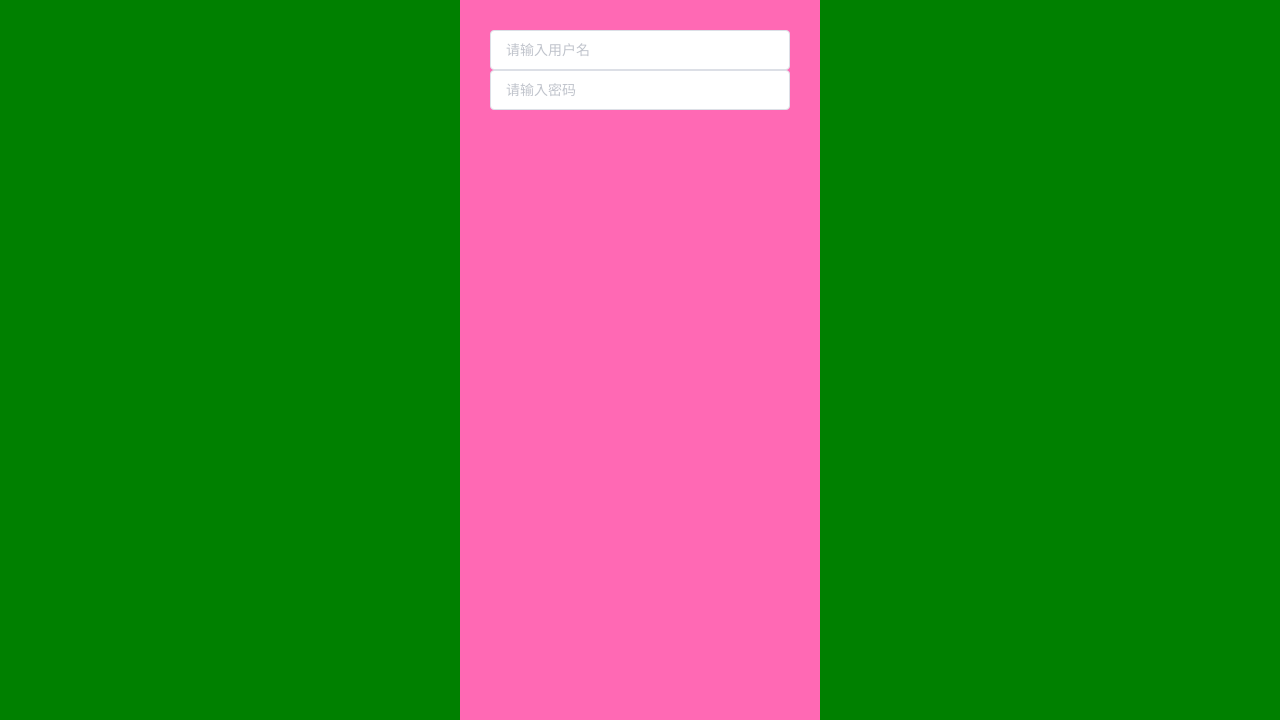
Repository: 385841539/VueStudy
Page: / (app in vue_cli/)
The author's editor kept a copy of each file at every save. The page is drawn from the files as they stood at one save, then again after the next save.
The browser window is 1280 px wide. The pictures show the whole page.
The project was rebuilt for these pictures with package versions that can differ from the ones it lists, and the page was loaded fresh each time. Also part of the build but not shown: vue_cli/vue.config.js.

Above is the page before, as saved 2022-01-17 14:57:00.
Console error (its wording comes from the project's code and is left out).

### vue_cli/public/index.html
<!DOCTYPE html>
<html lang="">

<head>
  <meta charset="utf-8">
  <meta http-equiv="X-UA-Compatible" content="IE=edge">
  <meta name="viewport" content="width=device-width,initial-scale=1.0">
  <link rel="icon" href="<%= BASE_URL %>favicon.ico">
  <title>
    <%= htmlWebpackPlugin.options.title %>
  </title>
  <style>
    body {

      padding: 0px;
      margin: 0px;
      width: 100%;
      height: 100%;

    }
  </style>
</head>

<body>
  <noscript>
    <strong>We're sorry but <%= htmlWebpackPlugin.options.title %> doesn't work properly without JavaScript enabled.
        Please enable it to continue.</strong>
  </noscript>
  <div id="app"></div>
  <!-- built files will be auto injected -->
</body>

</html>

### vue_cli/src/main.js
import Vue from 'vue'
import App from './App.vue'
import './registerServiceWorker'
import router from './router'
import store from './store'

import ElementUI from 'element-ui';
import 'element-ui/lib/theme-chalk/index.css';
import http from 'axios'

Vue.use(ElementUI);
Vue.prototype.$http = http


Vue.config.productionTip = false

if (process.env.NODE_ENV == 'development') {

  require('@/api/mock')

}

new Vue({
  router,
  store,
  render: h => h(App)
}).$mount('#app')

### vue_cli/src/App.vue
<template>
  <div id="app">
    <!-- <p>这是一个P段落</p>
    <el-button>按钮</el-button>
    <el-button type="info">信息</el-button>
    <el-radio v-model="radio" label="1">备选项1</el-radio>
    <el-radio v-model="radio" label="2">备选项1</el-radio>

    <div>
      <router-link to="/">去home组件</router-link>
      <router-link to="/about">去about组件</router-link>
    </div> -->

    <router-view></router-view>
  </div>
</template>
<script>


export default {
  data() {
    return {
      radio: "1",
    };
  },
};
</script>


<style lang="scss">
#app {
  font-family: Avenir, Helvetica, Arial, sans-serif;
  -webkit-font-smoothing: antialiased;
  -moz-osx-font-smoothing: grayscale;
  text-align: center;
  color: #2c3e50;
}

#nav {
  padding: 30px;

  a {
    font-weight: bold;
    color: #2c3e50;

    &.router-link-exact-active {
      color: #42b983;
    }
  }
}
</style>

### vue_cli/src/router/index.js
import Vue from 'vue'
import VueRouter from 'vue-router'
import Main from '../views/Main.vue'

const originPush = VueRouter.prototype.push

VueRouter.prototype.push = function (location) {

  return originPush.call(this, location).catch(err => err)

}

Vue.use(VueRouter)

const routes = [
  {
    path: '/',
    name: 'main',
    component: Main,
    children: [

      {
        path: "/",
        name: "home",
        component: () => import('@/views/Home/Home')

      },
      {
        path: "/mall",
        name: "mall",
        component: () => import('@/views/Mall/Mall')

      },
      {
        path: "/user",
        name: "user",
        component: () => import('@/views/User/User')

      },
      {
        path: "/other",
        name: "other",
        component: () => import('@/views/Mall/Mall')

      },

    ]
  },
  {
    path: "/login",
    name: "login",
    component: () => import('@/views/Login/Login')

  }
]

const router = new VueRouter({
  mode: 'history',
  base: process.env.BASE_URL,
  routes
})

export default router

### vue_cli/src/store/index.js
import Vue from 'vue'
import Vuex from 'vuex'
import tab from "./tab"

Vue.use(Vuex)

export default new Vuex.Store({
  state: {
  },
  mutations: {
  },
  actions: {
  },
  modules: {
    tab
  }
})

### vue_cli/src/api/mock.js
import Mock from 'mockjs'

import homeApi from './mockServe/home'

Mock.mock('/api/home/getData', homeApi.getStatisticalData )

### vue_cli/src/views/Main.vue
<template>
  <el-container style="height: 100vh">
    <el-aside width="auto">
      <CommonAside></CommonAside>
    </el-aside>
    <el-container>
      <el-header>
        <CommonHeader></CommonHeader>
      </el-header>
      <div><CommonTag></CommonTag></div>
      <el-main>
        <router-view></router-view>
      </el-main>
    </el-container>
  </el-container>
</template>

<script>
// @ is an alias to /src
import CommonAside from "../components/CommonAside.vue";
import CommonHeader from "../components/CommonHeader.vue";
import CommonTag from "../components/CommonTag.vue";

export default {
  name: "main",
  components: {
    CommonAside,
    CommonHeader,
    CommonTag,
  },
  methods: {
    logicLoginState() {
      var userToken = localStorage.getItem("userToken");

      console.log("localToken" + userToken);
      if (!userToken) {
        this.$router.push({ name: "login" });
      }
    },
  },

  mounted() {
    this.logicLoginState();
  },
};
</script>
<style lang='scss' scoped>
.el-container {
  padding: 0px;
  max-width: 100%;
}
.el-aside {
  margin: 0px;
  padding: 0px;
}
.el-header {
  background-color: black;
  width: 100%;
  padding: 0%;
  margin: 0%;
}
.el-main {
  padding: 0px;
  height: 100%;
  width: 100%;
}
.router-view {
  padding: 0px;
  height: 100%;
  width: 100%;
}
</style>

### vue_cli/src/views/Home/Home.vue
<template>
  <div style="margin-left: 10px">
    <el-row :gutter="24">
      <el-col :span="8" style="margin-top: 20px">
        <el-card shadow="hover">
          <div class="user">
            <img :src="userImg" />
            <div class="userInfo">
              <p style="font-size: 30px">Admin</p>
              <p>超级管理员</p>
            </div>
          </div>

          <div class="loginInfo">
            <p>上次登录时间: <span>2021-7-9</span></p>
            <p>上次登录地点: <span>武汉</span></p>
          </div>
        </el-card>
        <el-card style="height: 470px; margin-top: 20px">
          <el-table :data="tableData">
            <el-table-column
              show-overflow-tooltip
              v-for="(value, key) in tableLabel"
              :key="key"
              :prop="key"
              :label="value"
            ></el-table-column>
          </el-table>
        </el-card>
      </el-col>
      <el-col :span="16" style="margin-top: 20px">
        <div class="num">
          <el-card
            shandow="hover"
            v-for="item in countData"
            :key="item.name"
            :body-style="{ display: 'flex', padding: 0 }"
          >
            <i
              class="icon"
              :class="`el-icon-${item.icon}`"
              :style="{ background: item.color }"
            ></i>
            <div class="detail">
              <p class="num">¥{{ item.value }}</p>
              <p class="txt">¥{{ item.name }}</p>
            </div>
          </el-card>
        </div>

        <el-card shadow="hover" style="height: 280px">
          <div style="height: 280px" ref="echart"></div>
        </el-card>

        <div class="graph">
          <el-card shadow="hover">
            <div style="height: 280px" ref="userEchart"></div>
          </el-card>
          <el-card shadow="hover">
            <div style="height: 280px" ref="videoEchart"></div>
          </el-card>

        </div>
      </el-col>
    </el-row>
  </div>
</template>



<script>
import { getMenu, getHome } from "../../api/data";
import * as echarts from "echarts";
// import Echart from "../../components/ECharts.vue";
export default {
  //   components: { Echart },
  data() {
    return {
      userImg: require("../../assets/images/user.png"),
      tableData: [],
      tableLabel: {
        name: "课程",
        todayBuy: "今日购买",
        monthBuy: "月销售额",
        totalBuy: "总购买量",
      },
      countData: [],
      ehcartData: {
        order: {
          legend: {
            // 图例文字颜色
            textStyle: {
              color: "#333",
            },
          },
          grid: {
            left: "20%",
          },
          // 提示框
          tooltip: {
            trigger: "axis",
          },
          xAxis: {
            type: "category", // 类目轴
            data: [],
            axisLine: {
              lineStyle: {
                color: "#17b3a3",
              },
            },
            axisLabel: {
              interval: 0,
              color: "#333",
            },
          },
          yAxis: [
            {
              type: "value",
              axisLine: {
                lineStyle: {
                  color: "#17b3a3",
                },
              },
            },
          ],
          color: [
            "#2ec7c9",
            "#b6a2de",
            "#5ab1ef",
            "#ffb980",
            "#d87a80",
            "#8d98b3",
          ],
          series: [],
        },

        user: {
          legend: {
            // 图例文字颜色
            textStyle: {
              color: "#333",
            },
          },
          grid: {
            left: "20%",
          },
          // 提示框
          tooltip: {
            trigger: "axis",
          },
          xAxis: {
            type: "category", // 类目轴
            data: [],
            axisLine: {
              lineStyle: {
                color: "#17b3a3",
              },
            },
            axisLabel: {
              interval: 0,
              color: "#333",
            },
          },
          yAxis: [
            {
              type: "value",
              axisLine: {
                lineStyle: {
                  color: "#17b3a3",
                },
              },
            },
          ],
          color: [
            "#2ec7c9",
            "#b6a2de",
            "#5ab1ef",
            "#ffb980",
            "#d87a80",
            "#8d98b3",
          ],
          series: [],
        },

        video: {
          tooltip: {
            trigger: "item",
          },
          color: [
            "#0f78f4",
            "#dd536b",
            "#9462e5",
            "#a6a6a6",
            "#e1bb22",
            "#39c362",
            "#3ed1cf",
          ],
          series: [],
        },
      },
    };
  },

  methods: {
    getTableData() {
      getHome().then((res) => {
        console.log(res);
        this.tableData = res.data.tableData;
        this.countData = res.data.countData;

        const order = res.data.orderData;
        this.ehcartData.order.xAxis.data = order.date;
        let keyArrray = Object.keys(order.data[0]);

        keyArrray.forEach((key) => {
          this.ehcartData.order.series.push({
            name: key,
            data: order.data.map((item) => item[key]),
            type: "line",
          });
        });

        const myEchartsOrder = echarts.init(this.$refs.echart);

        myEchartsOrder.setOption(this.ehcartData.order);
        //用户图
        this.ehcartData.user.xAxis.data = res.data.userData.map(
          (item) => item.date
        );

        this.ehcartData.user.series.push({
          name: "新增用户",
          data: res.data.userData.map((item) => item.new),
          type: "bar",
        });
        this.ehcartData.user.series.push({
          name: "活跃用户",
          data: res.data.userData.map((item) => item.active),
          type: "bar",
        });

        const userEcharts = echarts.init(this.$refs.userEchart);
        userEcharts.setOption(this.ehcartData.user);

        this.ehcartData.video.series.push({
          data: res.data.videoData,
          type: "pie",
        });

        const videoEcharts = echarts.init(this.$refs.videoEchart);
        videoEcharts.setOption(this.ehcartData.video);
      });
    },
  },
  mounted() {
    // getMenu().then((res) => {
    //   console.log(res);
    // });
    this.getTableData();
  },
};
</script>


<style  lang="scss" scoped>
// div {
//   background: blue;
//   height: 100%;
//   padding: 0px;
//   margin: 0px;
// }

.user {
  display: flex;
  align-items: center;
  justify-content: space-around;
  border-bottom: 2px solid rgb(194, 189, 189);

  padding-bottom: 20px;
  .userInfo {
    text-align: start;

    p {
      margin: 0px;
    }
  }
  img {
    width: 150px;
    height: 150px;
    border-radius: 50%;
  }
}

.loginInfo {
  // background-color: yellowgreen;
  margin-top: 0px;
  text-align: start;
  padding-left: 20px;

  span {
    margin-left: 50px;
  }
}

.num {
  display: flex;
  flex-wrap: wrap;
  justify-content: space-around;
  margin: 0px;
  .el-card {
    margin: 0px;
    width: 32%;
    margin-bottom: 20px;
    height: 80px;
  }
  .icon {
    font-size: 30px;
    width: 100px;
    height: 80px;
    color: white;
    line-height: 80px;
  }
  .detail {
    display: flex;
    flex-direction: column;
    justify-content: center;
    width: 100%;

    .num {
      font-size: 30px;

      justify-content: center;
    }
    .txt {
      font-size: 14px;
      justify-content: center;
    }
    p {
      margin: 0px;
    }
  }
}
.graph {
  display: flex;
  margin-top: 20px;
  .el-card {
    height: 320px;
    flex: 1;
  }
}
</style>

### vue_cli/src/views/Login/Login.vue
<template>
  <div class="out_login">
    <div class="login">
      <el-input placeholder="请输入用户名" v-model="userNmae"></el-input>
      <el-input
        placeholder="请输入密码"
        v-model="userPassword"
        show-password
      ></el-input>
    </div>
  </div>
</template>

<script>
export default {
  data() {
    return {
      userNmae: null,
      userPassword: null,
    };
  },
};
</script>

<style lang="scss" scoped>
.out_login {

    display: flex;
  height: 100vh;
  background-color: green;

  justify-content: center;

  .login {
    background-color: hotpink;

// align-self: center;
// align-content: center;
    // align-self: center;

    width: 300px;
    padding: 30px;
  }
}
</style>

### vue_cli/src/store/tab.js
export default {


    state: {

        isCollapse: false,
        currentMenu: null,
        tabLists: [
            {
                path: '/',
                name: 'home',
                label: '首页',
                icon: 'home'

            }

        ]

    },
    mutations: {

        collaspseMenu(state) {
            state.isCollapse = !state.isCollapse

        },
        selectMenu(state, item) {

            console.log("--value---")
            console.log(item)


            if (item.name == "home") {
                state.currentMenu = null;
            } else {
                state.currentMenu = item;


                ///判断目前导航是否已经有了 这个tab
                let result = state.tabLists.findIndex(nowItem => item.name == nowItem.name)


                console.log("result--:" + result)

                result == -1 ? state.tabLists.push(item) : ""

            }


        },



        closeTag(state, item) {

            let result = state.tabLists.findIndex(nowItem => item.name == nowItem.name)


            if (result >= 0) {
                state.tabLists.splice(result, 1)
            }


        }



    }


}

### vue_cli/src/components/CommonAside.vue
<template>
  <el-menu
    class="el-menu-vertical-demo"
    :collapse="isCollapse"
    background-color="#545c64"
    text-color="#fff"
    active-text-color="#ffd04b"
  >
    <h3>{{ getName }}</h3>

    <el-menu-item
      :index="item.path"
      v-for="item in noChildren"
      :key="item.name"
      @click="clickMenu(item)"
    >
      <i :class="'el-icon-' + item.icon"></i>
      <span slot="title">{{ item.label }}</span>
    </el-menu-item>

    <el-submenu
      :index="item.label"
      v-for="item in hazChildren"
      :key="item.label"
    >
      <div slot="title">
        <i :class="'el-icon-' + item.icon"></i>
        <span>{{ item.label }}</span>
      </div>

      <el-menu-item-group>
        <el-menu-item
          v-for="(subItem, subIndex) in item.children"
          :index="subItem.path"
          :key="subIndex"
        >
          <i :class="'el-icon-' + subItem.icon"></i>
          <span slot="title">{{ subItem.label }}</span>
        </el-menu-item>
      </el-menu-item-group>
    </el-submenu>
  </el-menu>
</template>

<style lang="scss" scoped>
.el-menu-vertical-demo:not(.el-menu--collapse) {
  width: 200px;
  height: 100%;
  min-height: 400px;
}
.el-menu-vertical-demo {
  height: 100%;
}

.el-menu-item {
  justify-content: space-around;
  background-color: tomato;
}
.el-submenu {
  justify-content: space-around;
  background-color: green;
}
</style>


<script>
export default {
  data() {
    return {
      menu: [
        {
          path: "/",
          name: "home",
          label: "首页",
          icon: "s-home",
          url: "Home/Home",
        },
        {
          path: "/mall",
          name: "mall",
          label: "商品管理",
          icon: "video-play",
          url: "MallManage/MallManage",
        },
        {
          path: "/user",
          name: "user",
          label: "用户管理",
          icon: "user",
          url: "UserMange/UserMange",
        },
        {
          label: "其他",
          icon: "location",
          children: [
            {
              path: "/page1",
              name: "page1",
              label: "页面1",
              icon: "setting",
              url: "Other/PageOne",
            },
            {
              path: "/page2",
              name: "page2",
              label: "页面2",
              icon: "setting",
              url: "Other/PageTwo",
            },
          ],
        },
      ],
    };
  },
  methods: {
    clickMenu(item) {
      console.log(item);
      this.$router.push({ name: item.name });
      this.$store.commit("selectMenu", item);
    },
  },
  computed: {
    isCollapse() {
      return this.$store.state.tab.isCollapse;
    },
    getName() {
      if (this.isCollapse) return "后台";

      return "通用后台管理系统";
    },
    noChildren() {
      return this.menu.filter((item) => {
        console.log(item);
        return !item.children;
      });
    },
    hazChildren() {
      return this.menu.filter((item) => item.children);
    },
  },
};
</script>

### vue_cli/src/components/CommonHeader.vue
<template>
  <header>
    <div class="l-content">
      <el-button
        plain
        icon="el-icon-menu"
        size="mini"
        v-on:click="handleMenu"
      ></el-button>

      <el-breadcrumb separator="/">
        <el-breadcrumb-item :to="{ path: '/' }">首页</el-breadcrumb-item>
        <el-breadcrumb-item :to="{ path: currentMenu.path }" v-if="currentMenu">
          {{ currentMenu.label }}
        </el-breadcrumb-item>
      </el-breadcrumb>
    </div>

    <div class="r-content">
      <el-dropdown szie="mini" trigger="click">
        <span>
          <img :src="userImg" class="user" />
        </span>

        <el-dropdown-menu slot="dropdown">
          <el-dropdown-item>个人中心</el-dropdown-item>
          <el-dropdown-item>退出</el-dropdown-item>
        </el-dropdown-menu>
      </el-dropdown>
    </div>
  </header>
</template>



<script>
export default {
  data() {
    return {
      userImg: require("../assets/images/user.png"),
    };
  },

  computed: {
    currentMenu() {
      return this.$store.state.tab.currentMenu;
    },
  },
  methods: {
    handleMenu() {
      this.$store.commit("collaspseMenu");
    },
  },
};
</script>


<style  lang="scss" scoped>
header {
  display: flex;
  height: 100%;
  width: 100%;
  align-items: center;
  justify-content: space-between;
  padding: 0;
  margin: 0;
}

.home-title {
  color: white;
}

.l-content {
  display: flex;
  align-items: center;
  margin-left: 20px;
  .el-button {
    margin-right: 20px;
  }
}

.r-content {
  .user {
    width: 40px;
    height: 40px;
    border-radius: 50%;
    margin-right: 20px;
  }
}
.el-breadcrumb_item {
  .el-breadcrumb_inner {
    color: white;
    font-size: 1000px;
    text-emphasis-color: red;
  }
}
</style>

### vue_cli/src/components/CommonTag.vue
<template>
  <div class="tabs">
    <el-tag
      v-for="(tag, index) in tabLists"
      :key="tag.name"
      size="small"
      :closable="tag.name != 'home'"
      :effect="$route.name === tag.name ? 'dark' : 'plain'"
      @click="changeMenu(tag)"
      @close="handleClose(tag, index)"
      >{{ tag.label }}</el-tag
    >
  </div>
</template>

<script>
export default {
  computed: {
    tabLists() {
      // return [100];
      return this.$store.state.tab.tabLists;
    },
  },
  methods: {
    changeMenu(menu) {
      this.$router.push({ name: menu.name });
      this.$store.commit("selectMenu", menu);

      localStorage.setItem("insuranceCode", JSON.stringify(menu));
      var menu2 = localStorage.getItem("insuranceCode");
      console.log("menu");
      var mapMenu = JSON.parse(menu2);
      console.log(menu2);
      console.log(mapMenu.name);
    },

    handleClose(tag, index) {
      let length = this.tabLists.length - 1;

      console.log("path:" + tag.name);

      this.$store.commit("closeTag", tag);

      if (tag.name != this.$router.name) {
        return;
      }

      if (length == index) {
        this.$router.push({ name: this.tabLists[index - 1].name });
      } else {
        this.$router.push({ name: this.tabLists[index].name });
      }
    },
  },
};
</script>

<style>
.tabs {
  padding: 20px;
  display: flex;
  align-items: flex-start;
  flex-wrap: wrap;
}
.el-tag {
  margin-right: 10px;

  cursor: pointer;
}
</style>

### vue_cli/src/api/data.js
import axios from './axios'

// export const getMenu = () => {
//   return axios.request({
//     url: 'menu',
//     method: 'get'
//   })
// }

export const getHome = () => {
  return axios.request({
    url: '/home/getData',
    method: 'get'
  })
}

export const getUser = (params) => {
  return axios.request({
    url: '/user/getUser',
    method: 'get',
    params
  })
}

export const getMenu = (params) => {
  return axios.request({
    url: '/permission/getMenu',
    method: 'post',
    data: params
  })
}

### vue_cli/src/api/axios.js
// 二次封装axios 拦截器

import axios from 'axios'
import config from '../config/index'
// 设置配置 根据开发 和 生产环境不一样
const baseUrl = process.env.NODE_ENV === 'development' ? config.baseUrl.dev : config.baseUrl.pro
class HttpRequst {
  constructor(baseUrl) {
    this.baseUrl = baseUrl
  }
  getInsideConfig() {
    const config = {
      baseURL: this.baseUrl,
      header: {

      }
    }
    return config
  }
  interceptors(instance) {
    instance.interceptors.request.use(function (config) {
      // 在发送请求之前做些什么
      console.log('拦截处理请求');
      return config;
    }, function (error) {
      // 对请求错误做些什么
      return Promise.reject(error);
    });

    instance.interceptors.response.use(function (response) {
      console.log('处理相应');
      // 对响应数据做点什么
      return response.data;
    }, function (error) {
      console.log(error);
      // 对响应错误做点什么
      return Promise.reject(error);
    });
  }
  // {
  //   baseURL:'/rApi'
  // }
  request(options) {
    // 请求
    // /api/getList  /api/getHome
    const instanse = axios.create()
    // 技巧
    // /api // api1
    options = { ...(this.getInsideConfig()), ...options }
    console.log(options);
    this.interceptors(instanse)
    return instanse(options)
  }
}

export default new HttpRequst(baseUrl)

### vue_cli/src/config/index.js
export default {

    title: "admin",
    baseUrl: {

        //开发环境

        dev: '/api/',
        pro: ''

    }


}

Loaded but not shown: vue_cli/src/registerServiceWorker.js (common file); vue_cli/src/api/mockServe/home.js (173 lines, source omitted)

After the next save:
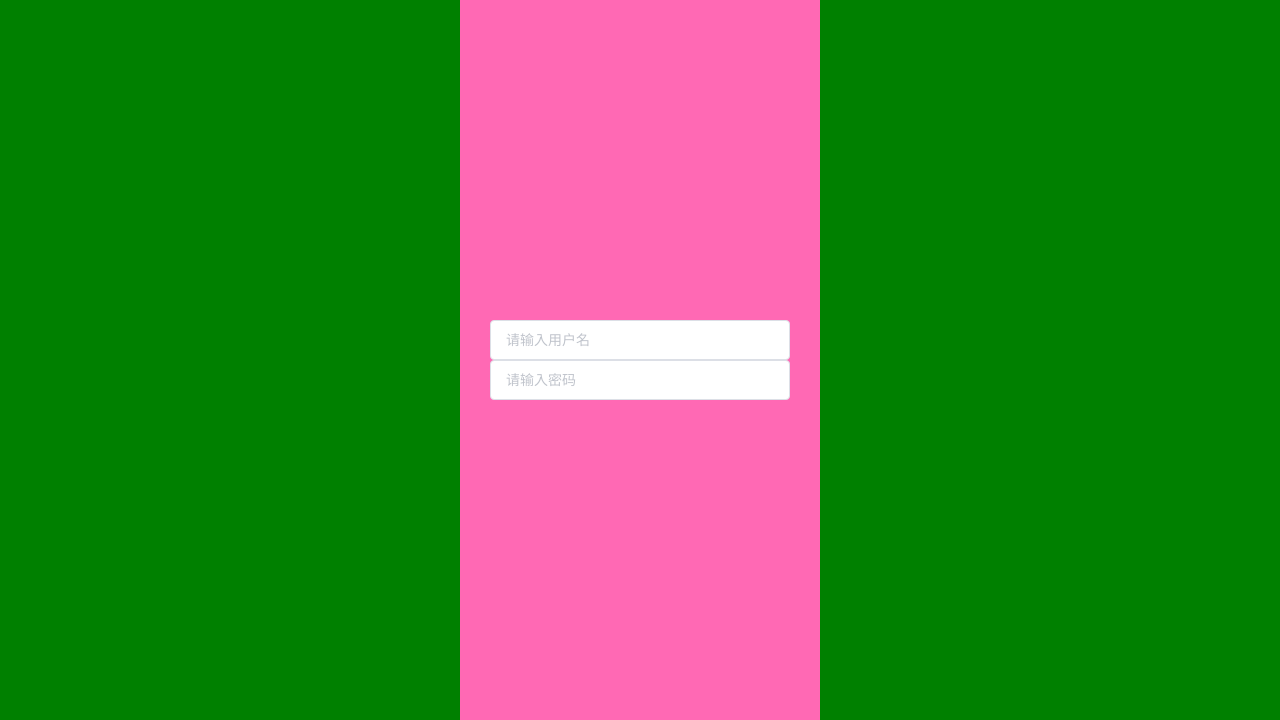
Saved 5 s later.
--- a/vue_cli/src/views/Login/Login.vue
+++ b/vue_cli/src/views/Login/Login.vue
@@ -24,8 +24,7 @@ export default {
 
 <style lang="scss" scoped>
 .out_login {
-
-    display: flex;
+  display: flex;
   height: 100vh;
   background-color: green;
 
@@ -34,8 +33,8 @@ export default {
   .login {
     background-color: hotpink;
 
-// align-self: center;
-// align-content: center;
+    // align-self: center;
+    align-content: center;
     // align-self: center;
 
     width: 300px;
